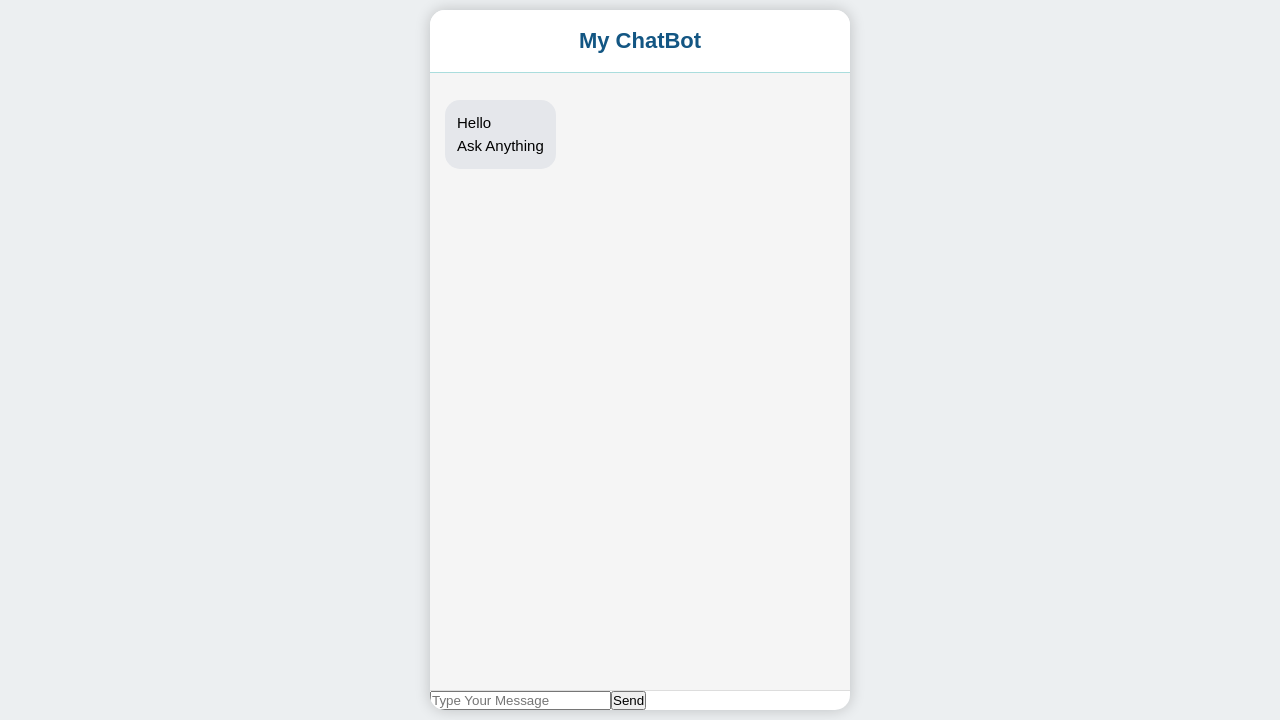
Repository: nt269782-web/Offline-ChatBot
Page: front.html
These files come from the project's save history. The page is drawn as it stood at one moment and after the next save; the edit follows.
The browser window is 1280 px wide. The pictures show the whole page.

Above is the page before, as saved 2026-07-08 12:51:16.

### front.html
<!DOCTYPE html>
<html lang="en">
<head>
    <meta charset="UTF-8">
    <meta name="viewport" content="width=device-width, initial-scale=1.0">
    <title>Document</title>
    <style>
        *{
        margin:0;
        padding:0;
        box-sizing:border-box;
        font-family:Arial,sans-serif;
        }

        body{
            background: #eceff1;
            display: flex;
            justify-content: center;
            align-items: center;
            height: 100vh;
        }
        .chat-container {
            width: 420px;
            height: 700px;
            overflow: hidden;
            display: flex;
            flex-direction: column;
            background:#fff;
            border-radius:15px;
            box-shadow:0 0 15px rgba(0,0,0,.2);


        }
        .header{
            background-color: rgb(255, 255, 255);
            color: #135683;
            text-align: center;
            font-size: 22px;
            font-weight: bold;
            padding: 18px;
            border-bottom: 1px solid #add;

        }


        .chat-box{
            flex: 1;
            overflow: auto;
            padding: 15px;
            background: #f5f5f5;



        }
        .message{
            display: flex;
            margin: 12px 0;

        }
        .bot{
            justify-content: flex-start;
        }

        .user{
            justify-content: flex-end;
        }



        .bubble{
            max-width: 75%;
            padding: 12px;
            border-radius: 15px;
            font-size: 15px;
            line-height: 1.5;
        }

        .bot .bubble{
            background:#e5e7eb;
            color:#000;
        }

        .user .bubble{
            background:#2563eb;
            color:#fff;
        }

        .input-area{
            display:flex;
            border-top:1px solid #ddd;
        }
        input{
            flex: ;
        }

    </style>
</head>

<body>
    <div class="chat-container">
    <div class="header">
        My ChatBot
    </div>

    <div class="chat-box" id="chatbox">
        <div class="message bot">
            <div class="bubble">
                Hello <br>
                Ask Anything

            </div>
        </div>
    </div>

    <div class="input-area">
        <input type="text" id="user input" placeholder="Type Your Message">
        <button onclick="sendMessage()">Send</button>
        </div>




    </div>
</body>
</html>

After the next save:
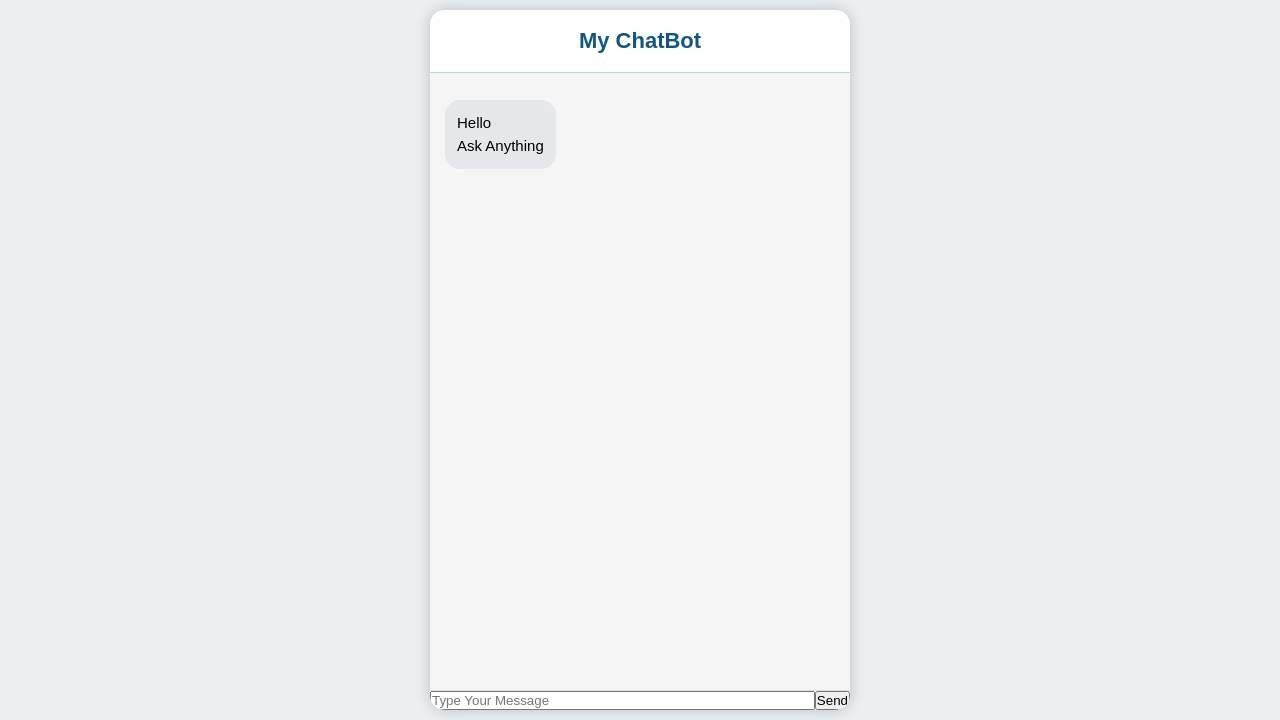
Saved 7 s later.
--- a/front.html
+++ b/front.html
@@ -90,7 +90,7 @@
             border-top:1px solid #ddd;
         }
         input{
-            flex: ;
+            flex: 1;
         }
 
     </style>
